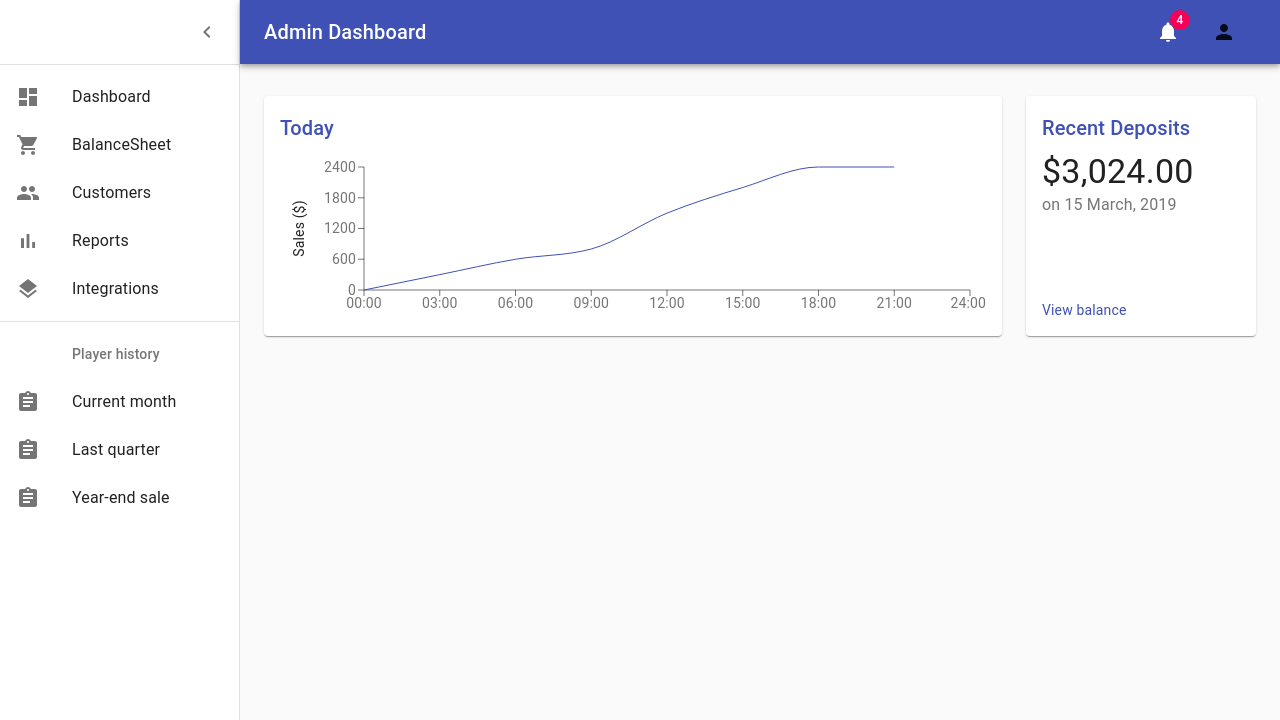
Repository: imayankbisht/ludofrontend
Page: /Dashboard
An editor plug-in stored every save of this project. The page is shown before and after a run of saves, followed by the edit.
The browser window is 1280 px wide. The pictures show the whole page.
The project was rebuilt for these pictures with package versions that can differ from the ones it lists, and the page was loaded fresh each time. Also part of the build but not shown: src/components/Orders.js, src/axios.js, src/components/login.js. Imported but missing from the stored project, and not drawn on this page: src/containers.

Above is the page before, as saved 2021-01-14 22:04:47.

After the next 4 saves:
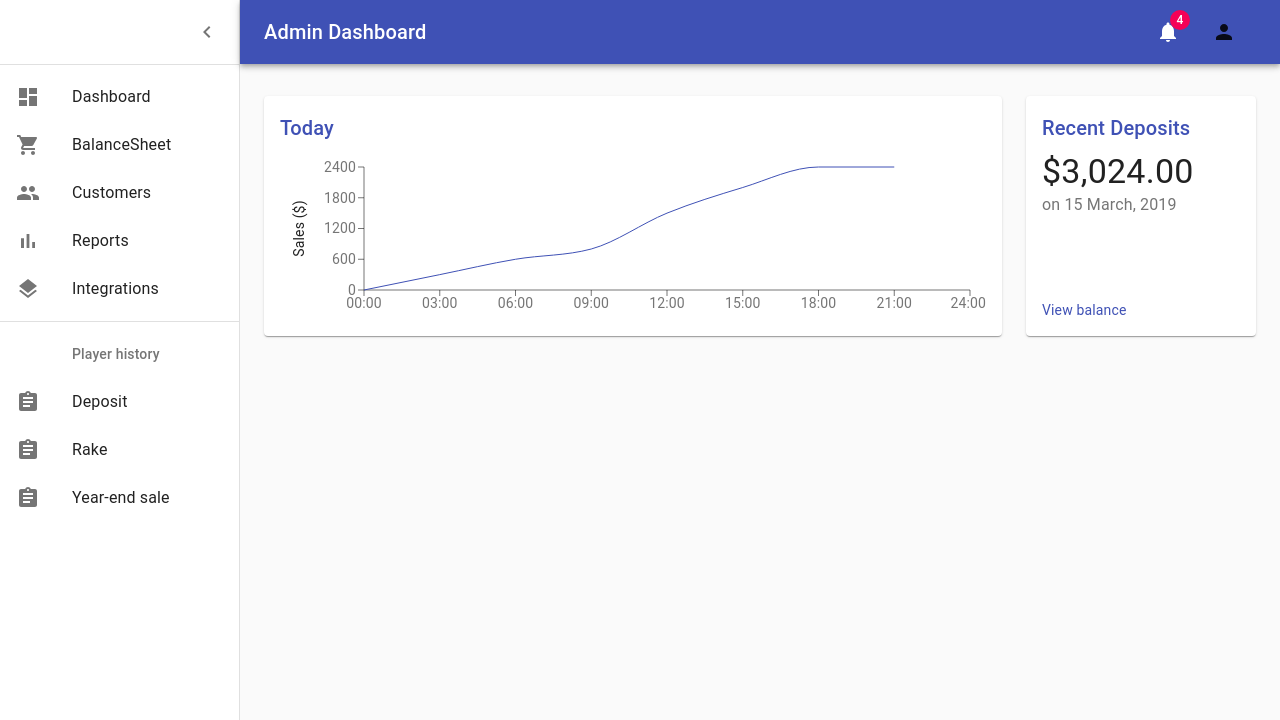
The 4 saves are shown as one change because they came seconds apart.
The last was saved 16 s later.
--- a/src/components/listItems.js
+++ b/src/components/listItems.js
@@ -52,13 +52,13 @@ export const secondaryListItems = (
       <ListItemIcon>
         <AssignmentIcon />
       </ListItemIcon>
-      <ListItemText primary="Current month" />
+      <ListItemText primary="Deposit" />
     </ListItem>
     <ListItem button>
       <ListItemIcon>
         <AssignmentIcon />
       </ListItemIcon>
-      <ListItemText primary="Last quarter" />
+      <ListItemText primary="Rake" />
     </ListItem>
     <ListItem button>
       <ListItemIcon>
